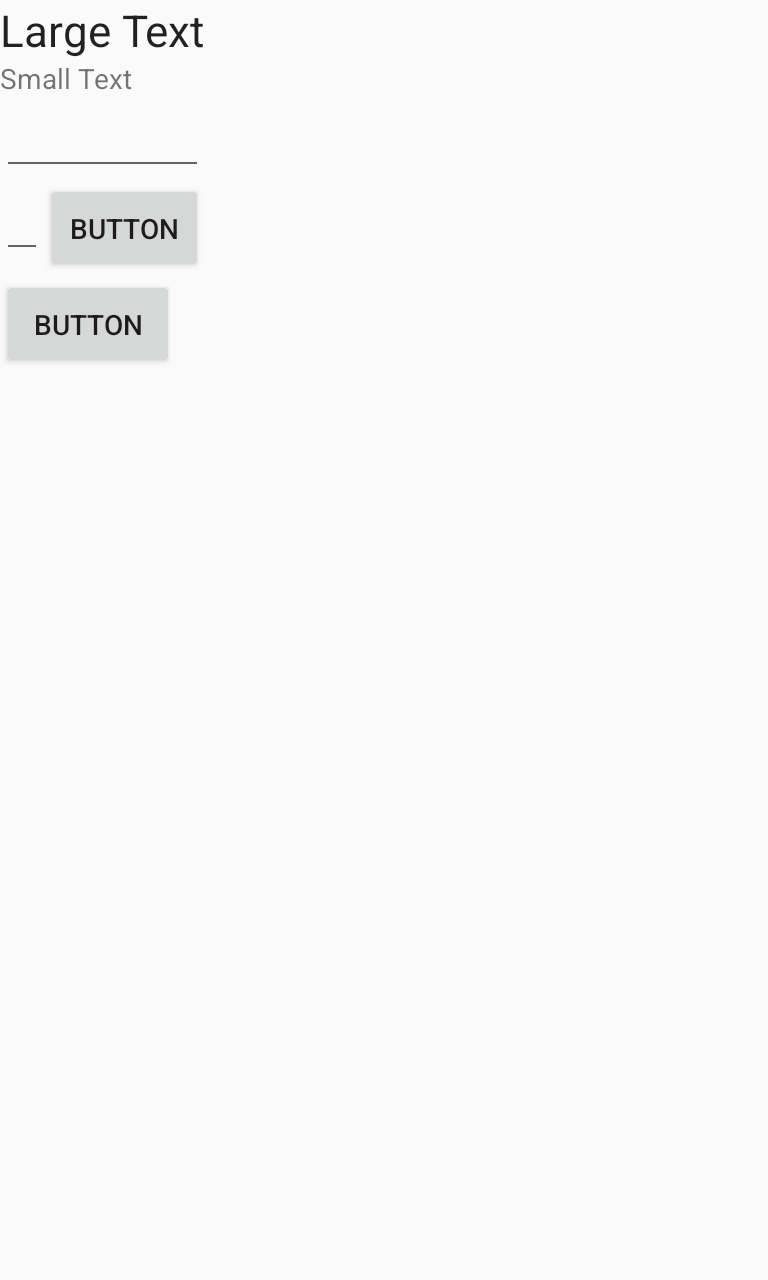
Repository: Hohohohoho/Electree
Layout: Electree/res/layout/activity_sign_in.xml
An editor plug-in stored every save of this project. The layout is shown before and after the next save, followed by the edit.
It is drawn on a 768 x 1280 px phone screen (xhdpi) without system bars, with theme AppTheme; the app's code is not run.

Above is the layout before, as saved 2014-11-30 04:40:59.

After the next save:
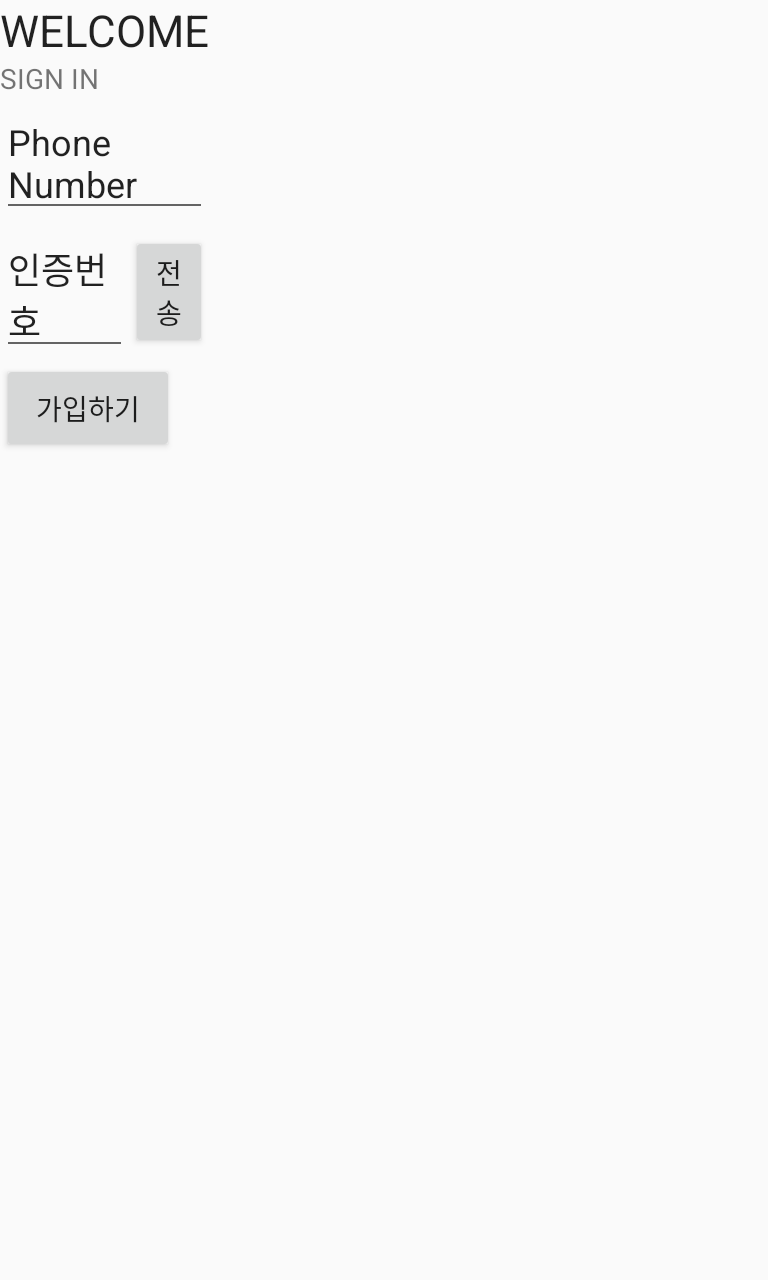
Saved 2 min 48 s later.
--- a/Electree/res/layout/activity_sign_in.xml
+++ b/Electree/res/layout/activity_sign_in.xml
@@ -13,20 +13,21 @@
             android:id="@+id/welcomeText"
             android:layout_width="wrap_content"
             android:layout_height="wrap_content"
-            android:text="Large Text"
+            android:text="WELCOME"
             android:textAppearance="?android:attr/textAppearanceLarge" />
 
         <TextView
             android:id="@+id/signinText"
             android:layout_width="wrap_content"
             android:layout_height="wrap_content"
-            android:text="Small Text"
+            android:text="SIGN IN"
             android:textAppearance="?android:attr/textAppearanceSmall" />
 
         <EditText
             android:id="@+id/signinPhone"
             android:layout_width="match_parent"
-            android:layout_height="wrap_content" />
+            android:layout_height="wrap_content"
+            android:text="Phone Number" />
 
         <LinearLayout
             android:layout_width="match_parent"
@@ -36,7 +37,8 @@
                 android:id="@+id/serialNum"
                 android:layout_width="wrap_content"
                 android:layout_height="wrap_content"
-                android:layout_weight="1" />
+                android:layout_weight="1"
+                android:text="인증번호" />
 
             <Button
                 android:id="@+id/sendBtn"
@@ -44,7 +46,7 @@
                 android:layout_width="wrap_content"
                 android:layout_height="wrap_content"
                 android:layout_weight="1"
-                android:text="Button" />
+                android:text="전송" />
 
         </LinearLayout>
 
@@ -52,7 +54,7 @@
             android:id="@+id/signinBtn"
             android:layout_width="wrap_content"
             android:layout_height="wrap_content"
-            android:text="Button" />
+            android:text="가입하기" />
 
     </LinearLayout>
 
